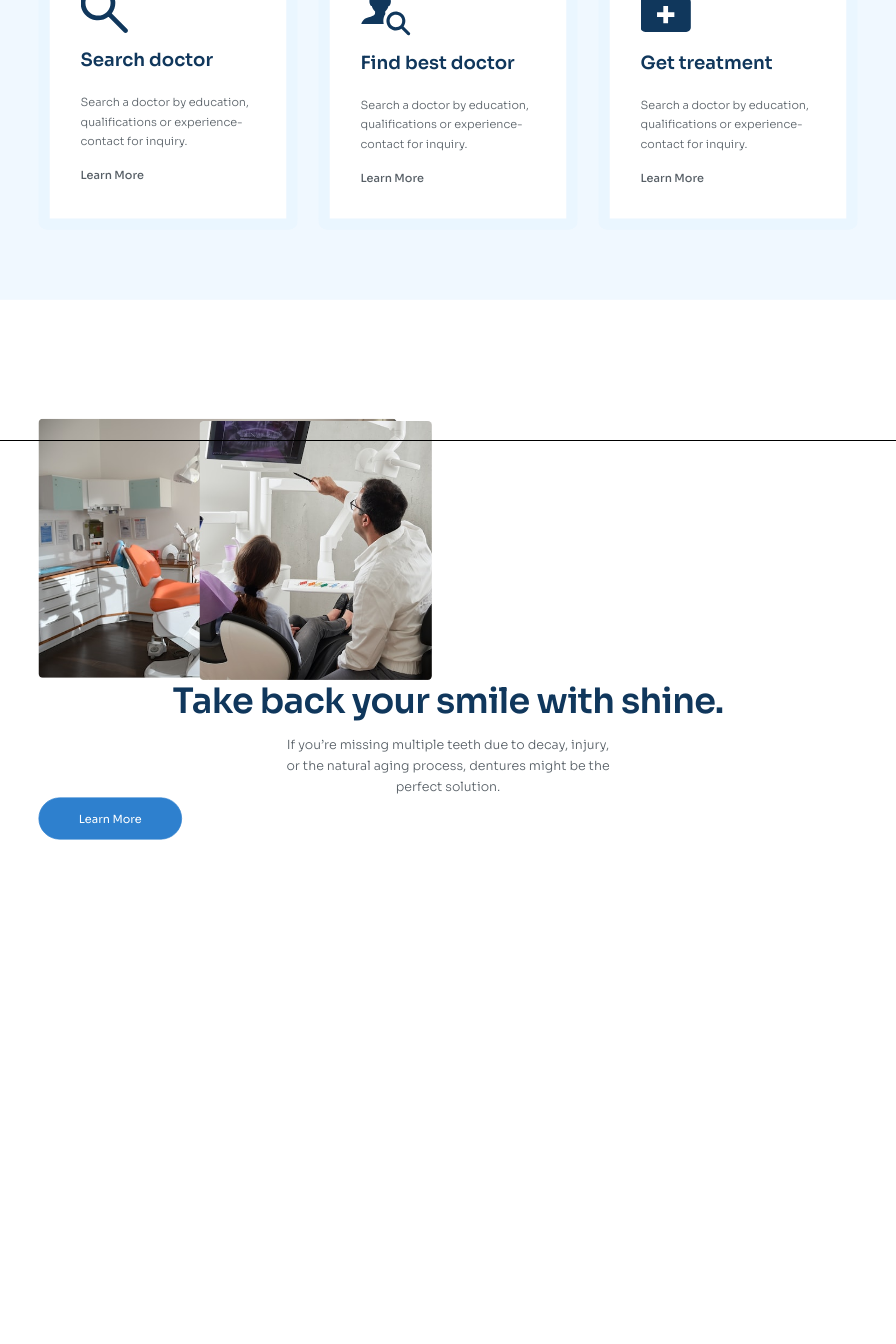
Repository: han2003dz/f8-project-03
Page: index.html
These files come from the project's save history. The page is drawn as it stood at one moment and after a run of saves; the edit follows.
The browser window is 1280 px wide. The pictures show the part of the page from y = 2276 to 4196 px (the page is 6000 px tall), at 70% of full size.

Above is the page before, as saved 2023-05-06 21:02:59.

After the next 2 saves:
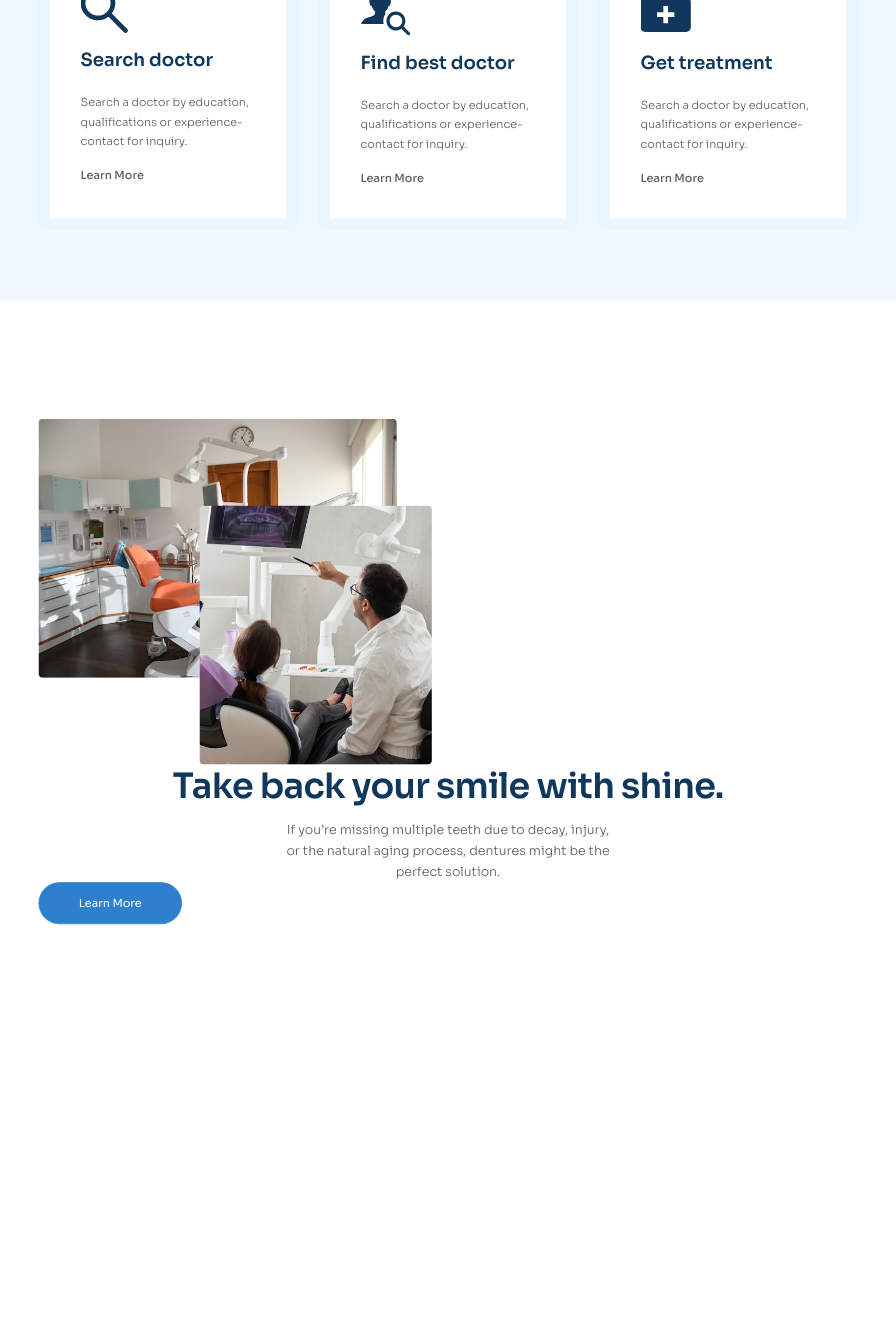
The 2 saves are shown as one change because they came seconds apart.
The last was saved 29 s later.
--- a/assets/css/style.css
+++ b/assets/css/style.css
@@ -355,6 +355,7 @@ a {
 }
 .feature__images{
   position: relative;
+  padding-bottom: 121px;
 }
 .feature__img{
   width: 512px;
